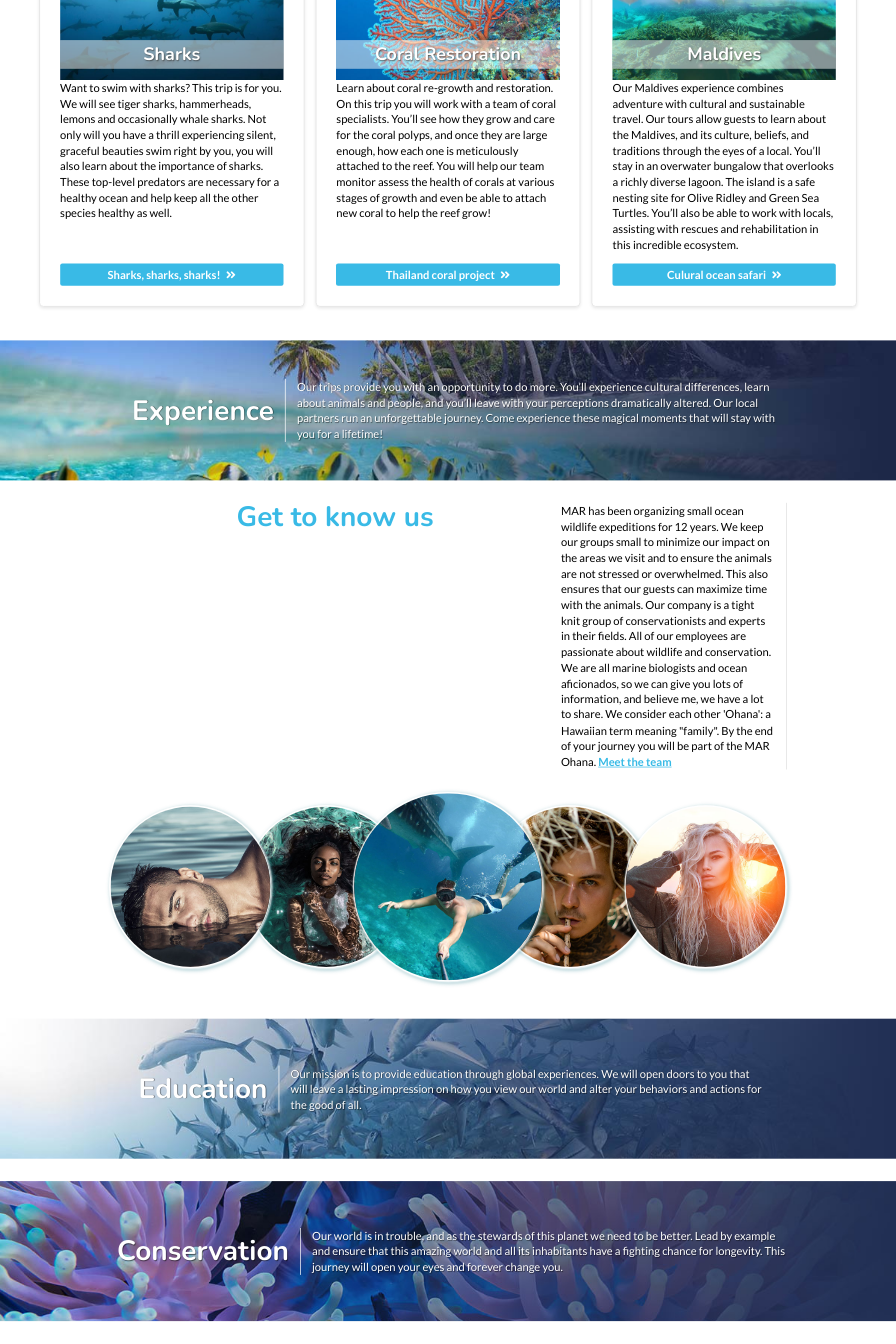
Repository: mariocapitbrok/css-combining-grid-and-flexbox-ch04
Page: 04_09/04_09_start.html
The author's editor kept a copy of each file at every save. The page is drawn from the files as they stood at one save, then again after the next save.
The browser window is 1280 px wide. The pictures show the part of the page from y = 1245 to 3165 px (the page is 3165 px tall before and 3004 px after), at 70% of full size.

Above is the page before, as saved 2022-10-10 20:17:30.

### 04_09/04_09_start.html
<!DOCTYPE html>
<html lang="en">
<head>
  <meta charset="UTF-8">
  <meta name="viewport" content="width=device-width, initial-scale=1.0">
  <meta http-equiv="X-UA-Compatible" content="ie=edge">
  <meta name="description" content="MAR is a fictional company, the concept and design was created by Emily Kay for use on the Grid and Flexbox training course with Linkedin Learning">
  <meta name="author" content="Concept and design by Emily Kay">

  <title>MAR, Marine Awareness Retreats | transformative ocean-based trips focused on altering perceptions and habits</title>

  <link rel="shortcut icon" type="image/x-icon" href="images/favicon.ico">
  <link rel="apple-touch-icon" href="images/favicon.png">
  <!-- load font awesome -->
  <link rel="stylesheet" href="https://cdnjs.cloudflare.com/ajax/libs/font-awesome/5.15.3/css/all.min.css">
  <!-- load google fonts -->
  <link href="https://fonts.googleapis.com/css2?family=Lato:ital,wght@0,300;0,400;0,700;1,300;1,400&family=Nunito:ital,wght@0,200;0,300;0,400;0,600;0,700;0,800;1,400&display=swap" rel="stylesheet">

  <link rel="stylesheet" href="styles/base.css">

</head>
<body>

  <!-- header / hero -->
  <header class="hero" id="home">
    <img src="images/ecoSystems.png" alt="ocean ecosystems">
    <article>
      <h1>Marine Awareness Retreats.</h1>
      <p>We are an organization focused on educating and raising awareness about the importance of our ocean’s ecosystems. We create life-altering experiences that literally change perceptions and perspectives. Join us for an incredible trip that will educate and forever change you.</p>
      <button>Learn more about our trips <i class="fas fa-angle-double-right"></i></button>
    </article>
  </header>

  <!-- navigation -->
  <section class="navWrap">
    <img src="images/marLogo.svg" alt="MAR logo" class="logo">
    <input type="checkbox" id="navToggle" class="navToggle">
    <label for="navToggle" class="navToggleLabel"><span></span></label>
    <nav>
      <ul>
        <li><a href="#home">Home</a></li>
        <li><a href="#team">About</a></li>
        <li><a href="#gallery">Gallery</a></li>
        <li><a href="#problem">Blog</a></li>
        <li><a href="#contact">Contact</a></li>
        <li><a href="#trips" class="btn">Book an experience</a></li>
      </ul>
    </nav>
  </section>


  <main>

  <!-- Trips -->
  <section class="trips" id="trips">
    <article>
      <h1>Our trips</h1>
      <p>We have trips worldwide; incredible experiences that will not only provide unique animal interactions but will also introduce you to local heroes that are making a difference in their communities each and every day. Our trips educate and connect you with conservationists that are making changes in small communities. Little steps with huge impacts!</p>
    </article>
    <ul class="tripList">
      <li>
        <img src="images/trip01.jpg" alt="humpback whales">
        <h3>Humpback Whales</h3>
        <p>Tonga is a special place to visit - and if you go at the right time, you will be forever changed by seeing these gentle giants swimming with babies and engaging in heat runs. The excitement level is high on this trip; there’s nothing like hearing the song of a humpback whale as he tries to encourage a female to mate with him. Conservation is top priority among the locals, who do their best to ensure that the whales have a safe place to mate and birth.</p>
        <a href="#">Whales in Tonga <i class="fas fa-angle-double-right"></i></a>
      </li>
      <li>
        <img src="images/trip02.jpg" alt="Great Barrier Reef">
        <h3>GB Reef</h3>
        <p>Sail to some of the most incredible islands and dive sites in the world. The Great Barrier Reef is the world’s largest living organism, stretching over 2,000 km down the eastern coast of Australia. This trip will allow you to ‘live’ on the reef. We will visit turtle conservatories, shark protected breeding grounds, and you’ll learn about measures that are being taken to preserve this treasure.</p>
        <a href="#">Sail the Reef <i class="fas fa-angle-double-right"></i></a>
      </li>
      <li>
        <img src="images/trip03.jpg" alt="Galapagos">
        <h3>Galapagos</h3>
        <p>This trip is an amazing opportunity to visit many of the islands in the archipelago. There is so much diversity and an abundance of wildlife that is found nowhere else on earth. We will spend 10 days with sharks, mantas, turtles, ocean iguanas and so much more. Learn about the unique conservation efforts and amazing animals found only in the Galapagos.</p>
        <a href="#">Diversity central <i class="fas fa-angle-double-right"></i></a>
      </li>
      <li>
        <img src="images/trip04.jpg" alt="Sharks">
        <h3>Sharks</h3>
        <p>Want to swim with sharks? This trip is for you. We will see tiger sharks, hammerheads, lemons and occasionally whale sharks. Not only will you have a thrill experiencing silent, graceful beauties swim right by you, you will also learn about the importance of sharks. These top-level predators are necessary for a healthy ocean and help keep all the other species healthy as well.</p>
        <a href="#">Sharks, sharks, sharks! <i class="fas fa-angle-double-right"></i></a>
      </li>
      <li>
        <img src="images/trip05.jpg" alt="Coral">
        <h3>Coral Restoration</h3>
        <p>Learn about coral re-growth and restoration. On this trip you will work with a team of coral specialists. You’ll see how they grow and care for the coral polyps, and once they are large enough, how each one is meticulously attached to the reef. You will help our team monitor assess the health of corals at various stages of growth and even be able to attach new coral to help the reef grow!</p>
        <a href="#">Thailand coral project <i class="fas fa-angle-double-right"></i></a>
      </li>
      <li>
        <img src="images/trip06.jpg" alt="Maldives">
        <h3>Maldives</h3>
        <p>Our Maldives experience combines adventure with cultural and sustainable travel. Our tours allow guests to learn about the Maldives, and its culture, beliefs, and traditions through the eyes of a local. You’ll stay in an overwater bungalow that overlooks a richly diverse lagoon. The island is a safe nesting site for Olive Ridley and Green Sea Turtles. You’ll also be able to work with locals, assisting with rescues and rehabilitation in this incredible ecosystem.</p>
        <a href="#">Culural ocean safari <i class="fas fa-angle-double-right"></i></a>
      </li>
    </ul>
  </section>

  <!-- CTA1 -->
  <section class="cta cta1">
    <h1>Experience</h1>
    <p>Our trips provide you with an opportunity to do more. You’ll experience cultural differences, learn about animals and people, and you’ll leave with your perceptions dramatically altered. Our local partners run an unforgettable journey. Come experience these magical moments that will stay with you for a lifetime!</p>
  </section>

  <!-- Team -->
  <section class="team" id="team">
    <h1>Get to know us</h1>
    <ul class="teamMembers">
      <li><img src="images/team01.jpg" alt="team member"></li>
      <li><img src="images/team02.jpg" alt="team member"></li>
      <li><img src="images/team03.jpg" alt="team member"></li>
      <li><img src="images/team04.jpg" alt="team member"></li>
      <li><img src="images/team05.jpg" alt="team member"></li>
    </ul>
    <p>MAR has been organizing small ocean wildlife expeditions for 12 years. We keep our groups small to minimize our impact on the areas we visit and to ensure the animals are not stressed or overwhelmed. This also ensures that our guests can maximize time with the animals. Our company is a tight knit group of conservationists and experts in their fields. All of our employees are passionate about wildlife and conservation. We are all marine biologists and ocean aficionados, so we can give you lots of information, and believe me, we have a lot to share. We consider each other 'Ohana': a Hawaiian term meaning "family". By the end of your journey you will be part of the MAR Ohana. <a href="#">Meet the team</a></p>
  </section>

  <!-- CTA2 -->
  <section class="cta cta2">
    <h1>Education</h1>
    <p>Our mission is to provide education through global experiences. We will open doors to you that will leave a lasting impression on how you view our world and alter your behaviors and actions for the good of all.</p>
  </section>

  <!-- Problem -->


  <!-- Actions -->


  <!-- CTA3 -->
  <section class="cta cta3">
    <h1>Conservation</h1>
    <p>Our world is in trouble, and as the stewards of this planet we need to be better. Lead by example and ensure that this amazing world and all its inhabitants have a fighting chance for longevity. This journey will open your eyes and forever change you.</p>
  </section>

  <!-- Photo Gallery -->

  </main>


  <!-- Footer -->
  <footer>

  <!-- Contact Form -->

  <!-- Social Media -->

  <!-- Contact Info -->

  </footer>
</body>
</html>

### 04_09/styles/base.css
/*

TABLE OF CONTENTS

  1. Global styles
  2. Hero
  3. Navigation
  4. Trips
  5. CTA
  6. Team
  7. Problem
    7a. Actions
  8. Gallery
  9. Footer
    9a. Contact
    9b. Connect
  10. Media Queries
    10a. Media Query, (min-width: 700px)
      10a-i. Hero
      10a-ii. Navigation, Large screen
      10a-iii. Trips, Large screen
      10a-iv. CTA summaries, Large screen rules
      10a-v. Team, Large screen rules
    10b. Media Query, (min-width: 1000px)

*/

/* ############ 1. Global Styles ############ */
 article, aside, details, figcaption, figure, footer, header, hgroup, menu, nav, section {
   display: block;
}

 * {
   padding: 0;
   margin: 0;
   box-sizing: border-box;
   font-size: 100%;
 }

 body > * {
   font-family: 'Lato', sans-serif;
   line-height: 1.4;
 }

 img {
   max-width: 100%;
   height: auto;
 }

 h1, h2, h3, h4 {
   font-family: 'Nunito', sans-serif;
   line-height: 1;
 }

 h1 {
   font-size: 2.5rem;
 }

 h2 {
   font-size: 2rem;
 }

 h3 {
   font-size: 1.6rem;
 }

 h4 {
   font-size: 1.4rem;
 }

 p {
   line-height: 1.4;
 }

a {
  color: #36bae6;
  font-weight: bold;
}

a:hover {
  color: #e06630;
}

i {
  padding-left: .5rem;
}

/* ############ 2. Hero ############ */
.hero {
  background: url("../images/header1_sm.jpg") no-repeat center right;
  background-size: cover;
  color: #fff;
  font-size: 20px;
  text-align: center;
  display: grid;
  grid-template-columns: 10px 2fr 10px;
  grid-template-rows: .5fr 1fr 20px;
  grid-gap: 20px;
 }

.hero img {
  margin: auto;
  padding-top: 1rem;
  grid-column: 2 / 3;
  grid-row: 1 / 2;
}

.hero article {
  grid-column: 2 / 3;
  grid-row: 2 / 3;
}

.hero h1 {
  font-size: 2rem;
  text-transform: uppercase;
}

.hero button {
  background-color: #fff;
  border: none;
  border-radius: 4px;
  color: #2abadf;
  font-size: 1rem;
  padding: 5px 10px;
  margin: .75rem auto 0;
}


/* ############ 3. Navigation ############ */
.logo {
  max-width: 90px;
 }

.navWrap {
  position: sticky;/*  ** note the menu will not be sticky until we add more page content */
  top: 0;
  z-index: 99;
  height: 48px;
  width: 100%;
  background-color: #212f54;
  border-bottom: 1px solid #e0e5eb;
  box-shadow: 0px 1px 8px #223055;
  padding: 0 1.5rem;
  display: flex;
  align-items: center;
  justify-content: space-between;
}

input#navToggle {
  display: none;
}

input#navToggle ~ label {
  position: relative;
  padding: 0.25rem;
  width: 2rem;
  height: 1.25rem;
  height: 2rem;
}

input#navToggle ~ label > span,
input#navToggle ~ label > span::before,
input#navToggle ~ label > span::after {
  content: "";
  display: block;
  position: absolute;
  top: .75rem;
  height: 0.125rem;
  width: 1.75rem;
  opacity: 1;
  background: #fff;
  transition: 0.14s ease-in-out;
}

input#navToggle ~ label > span::before {
  top: -0.5rem;
}

input#navToggle ~ label > span::after {
  top: 0.5rem;
}

#navToggle:checked ~ label > span {
  width: 0;
  background: rgba(18, 18, 18, 0);
}

#navToggle:checked ~ label > span::before {
  transform: rotateZ(45deg);
  top: 0;
}

#navToggle:checked ~ label > span::after {
  transform: rotateZ(-45deg);
  top: 0;
}

#navToggle:checked ~ nav {
  left: 0;
}

nav {
  position: absolute;
  z-index: -1;
  top: 3.0rem;
  left: -110%;
  width: 100%;
  transition: 0.22s ease-in-out;
}

nav::after {
  content: "";
  position: absolute;
  top: 0;
  z-index: -1;
  height: 100vh;
  width: 100vw;
  background-color: #13b1e7;
  background-size: cover;
}

nav ul {
    list-style-type: none;
}

nav ul li a {
  display: inline-block;
  text-decoration: none;
  width: 100%;
  padding: .75rem 1rem;
  color: #fff;
  border-bottom: solid 1px rgba(255,255,255,.5);
  transition: 0.14s ease-in-out;
}

nav ul li a:hover {
  color: #36bae6;
  background: #e0e5eb;
}

nav ul li:last-of-type::before {
  content: "";
  display: block;
  padding: .5rem;
  }

nav .btn {
  background: #fff;
  border-bottom: none;
  border-radius: 4px;
  box-shadow: inset 0 0 5px #eeb80c;
  color: #223054;
  width: 40%;
  padding: 0.25rem .6rem;
  letter-spacing: 1px;
  text-shadow: 0 0 1px rgb(19,177,231);
  display: flex;
  justify-content: center;
  margin: auto;
}

nav .btn:hover {
  background-color: #223054;
  box-shadow: inset 0 0 5px #13b1e7;
  color: #fff;
}

/* ############ 4. Trips ############ */
.trips {
  padding: 1rem;
  margin: auto;
  max-width: 1200px;
}

.trips article {
  margin: 2rem auto;
  width: 80%;
  max-width: 1000px;
}

.trips h1 {
  color: #3abadf;
  font-size: 3rem;
  margin-left: 1rem;
}

.trips article p {
  border-left: solid 1px #dedede;
  padding-left: 1rem;
}

.tripList {
  list-style-type: none;
  display: grid;
  grid-template-columns: repeat(auto-fit, minmax(260px, 1fr));
  grid-gap: 1rem;
}

.tripList li {
  background-color: rgba(255,255,255,.9);
  border-radius: 6px;
  border: solid 1px #dedede;
  box-shadow: 0 2px 5px rgba(0,0,0,0.1);
  padding: 1.8rem;
  display: grid;
  grid-template-columns: 1fr;
  grid-template-rows: auto minmax(140px, 1fr) auto;
}

.tripList h3, .tripList img {
  grid-row: 1 / 2;
  grid-column: 1;
}

.tripList h3 {
  background-color: rgba(255,255,255,.5);
  color: #fff;
  padding: .5rem;
  margin-bottom: 1rem;
  text-align: center;
  text-shadow: 1px 1px 2px rgba(51,51,51,.7);
  align-self: end;
}

.trips a {
  border-radius: 3px;
  background-color: #39bae6;
  color: #fff;
  height: 2rem;
  margin-top: 1rem;
  text-decoration: none;
  display: flex;
  justify-content: center;
  align-items: center;
}

.trips a:hover {
  background-color: #333;
}


/* ############ 5. CTA ############ */
.cta {
  background-repeat: no-repeat;
  background-position: center center;
  background-size: cover;
  color: #fff;
  margin: 2rem auto;
  padding: 2rem;
  text-shadow: 1px 1px 1px rgb(0 0 0 / 50%);
}

.cta1 {
  background-image: url("../images/ctaBG1_sm.jpg");
}

.cta2 {
  background-image: url("../images/ctaBG2_sm.jpg");
}

.cta3 {
  background-image: url("../images/ctaBG3_sm.jpg");
}

.cta h1 {
  margin-left: 1rem;
}

.cta p {
  border-left: solid 1px #fff;
  padding-left: 1rem;
  max-width: 700px;
}


/* ############ 6. Team ############ */
.team {
  margin: 1rem;
}

.team h1 {
  text-align: center;
  color: #39bae6;
}

.team p {
  margin-bottom: 1rem;
}

.teamMembers {
  list-style-type: none;
  margin: 1rem 0;
  display: grid;
  grid-template-columns: repeat(10, 1fr);
  align-items: center;
}

.teamMembers li {
  grid-row: 1 / 2;
}

.teamMembers li:nth-child(1) {
  grid-column: 1 / 4;
  order: 1;
}

.teamMembers li:nth-child(2) {
  grid-column: 3 / 6;
}

.teamMembers li:nth-child(3) {
  grid-column: 4 / 8;
  order: 1;
  text-align: center;
}

.teamMembers li:nth-child(4) {
  grid-column: -3 / 6;
  text-align: right;
}

.teamMembers li:nth-child(5) {
  grid-column: -4 / -1;
  text-align: right;
}

.teamMembers li:hover {
  order: 2;
}

.teamMembers img {
  border-radius: 50%;
  width: 80%;
  box-shadow: 1px 1px 3px #fff, 2px 2px 6px rgb(28 121 138 / 50%);
  border: solid 2px rgba(255,255,255,.8);
}

.teamMembers li:nth-child(3) img {
  width: 70%;
}


/* ############ 7. Problem ############ */

/* ############ 7a. Problem > Action ############ */


/* ############ 8. Gallery ############ */


/* ######### 9. Footer ######### */

/* ######### 9a. Footer > Contact ######### */

/* ######### 9b. Footer > Connect ######### */


/* ############ 10. Media Queries ############ */

/* ############ 10a. Media Query, (min-width: 700px) ############ */
@media screen and (min-width: 700px) {
  /* ######### 10a-i. HERO, Large screen rules ######### */
  header.hero {
    background: url(../images/header1_lg.jpg) no-repeat center left;
    background-size: cover;
    text-align: left;
    grid-template-columns: repeat(6, 1fr);
    grid-template-rows: .25fr 1fr .25fr;
    align-items: center;
  }

  .hero img {
    margin: 0 0 0 auto;
    grid-row: 2 / 3;
  }

  .hero article {
   max-width: 1000px;
   grid-column: 3 / 6;
  }

/* ######### 10a-ii. Navigation, Large screen rules ######### */
  .navWrap {
    display: grid;
    grid-template-columns: 100px minmax(auto, 1100px);
    justify-content: center;
    height: auto;
  }

  .navToggleLabel {
    display: none;
  }

  nav {
    position: initial;
  }

  nav ul {
    display: flex;
    justify-content: flex-end;
    align-items: center;
  }

  nav ul li a {
    border-bottom: none;;
  }

  nav ul li a:hover {
    background: transparent;
  }

  nav::after, nav ul li:last-of-type::before {
    display: none;
    padding: initial;
  }

  nav .btn {
    width: auto;
    background: #13b1e7;
    color: #fff;
    letter-spacing: normal;
    text-shadow: none;
    box-shadow: none;
  }

  nav.btn:hover {
    box-shadow: inset 0 0 5px #13b1e7;
    background-color: #223054;
  }

/* ######### 10a-iii. Trips, Large screen rules ######### */
  .tripList {
  grid-template-columns: repeat(auto-fit, minmax(300px, 1fr));
  }

  .trips article {
   width: 90%;
   display: flex;
   align-items: center;
  }

  .trips h1 {
    margin: 0 1rem 0 0;
  }

  .trips p {
    flex: 3;
  }

/* ######### 10a-iv. CTA summaries, Large screen rules ######### */
  .cta {
    min-height: 200px;
    display: flex;
    align-items: center;
    justify-content: center;
  }

  .cta1 {
    background-image: url("../images/ctaBG1_lg.jpg");
  }

  .cta2 {
    background-image: url("../images/ctaBG2_lg.jpg");
  }

  .cta3 {
    background-image: url("../images/ctaBG3_lg.jpg");
  }

  .cta h1 {
    margin-right: 1rem;
  }

/* ######### 10a-v. Team, Large screen rules ######### */
  .team {
    max-width: 1000px;
    margin: auto;
    padding: 0 1rem;
    display: grid;
    grid-template-columns: 1fr .5fr;
    grid-template-rows: repeat(2, auto);
  }

  .team h1 {
  }

  .teamMembers {
    order: 1;
    grid-column: 1 / -1;
  }

  .team p {
    border-right: solid 1px #dedede;
    padding-right: 1rem;
  }

}

/* ############ 10b. Media Query, (min-width: 1000px) ############ */
@media screen and (min-width: 1000px) {

}

After the next save:
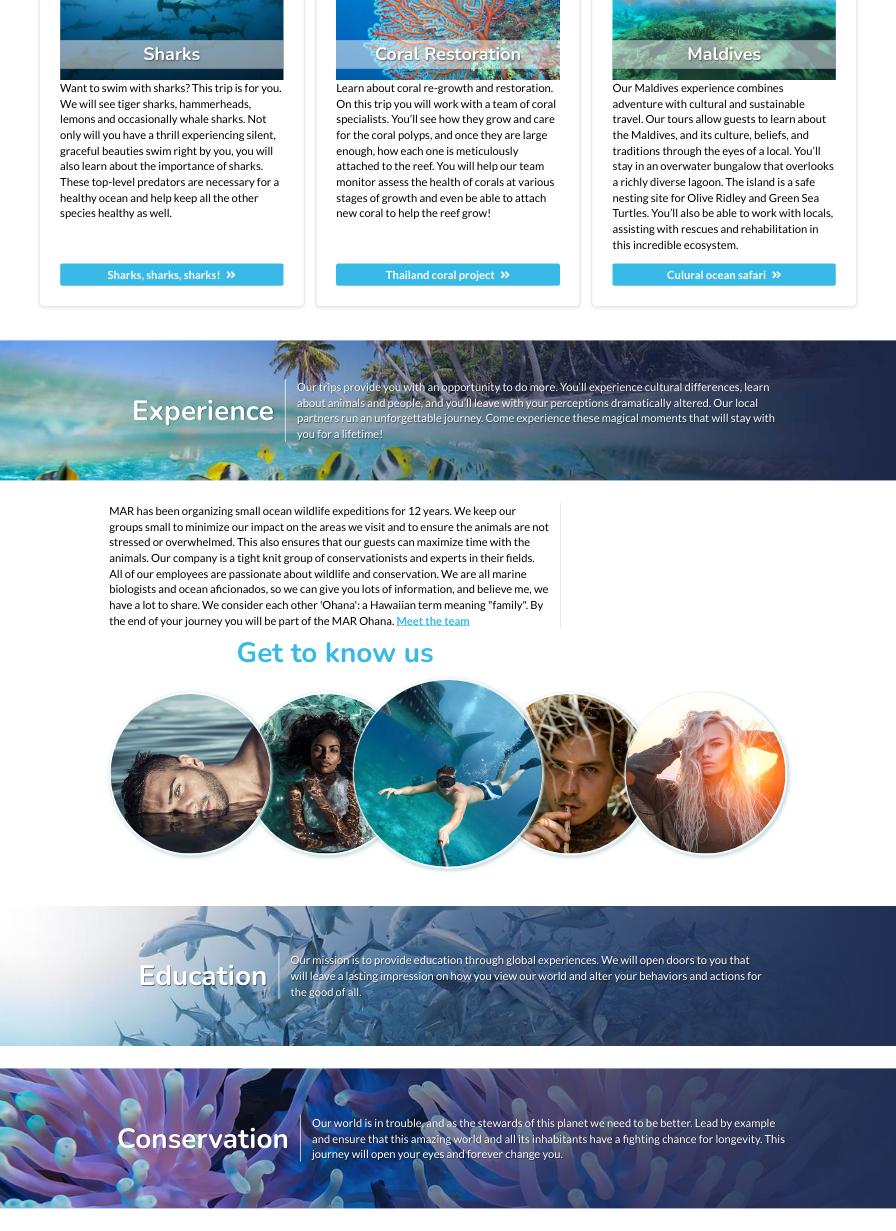
Saved 51 s later.
--- a/04_09/styles/base.css
+++ b/04_09/styles/base.css
@@ -582,6 +582,8 @@ nav .btn:hover {
   }
 
   .team h1 {
+    order: 2;
+    grid-row: 2 / -1;
   }
 
   .teamMembers {
